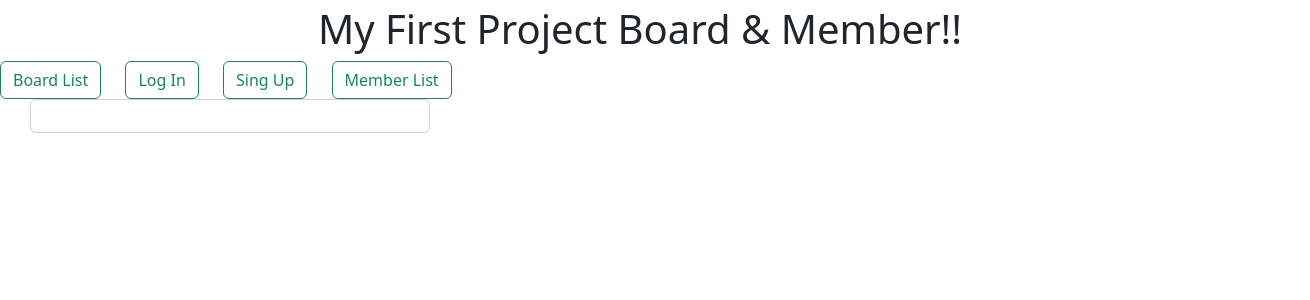
Repository: Raneechoi/java2022_09_03
Page: http://localhost/Project/mem/login_auth
These files come from the project's save history. The page is drawn as it stood at one moment and after the next save; the edit follows.
The browser window is 1280 px wide. The page is 1310 px wide, then 1280 px, so the pictures cover 1310 px, including what lies to the right of the window. The pictures show the whole page.
The page is served by Tomcat 9. Queries for data that is not in the repository find no rows.

Above is the page before, as saved 2022-12-08 06:07:34.

After the next save:
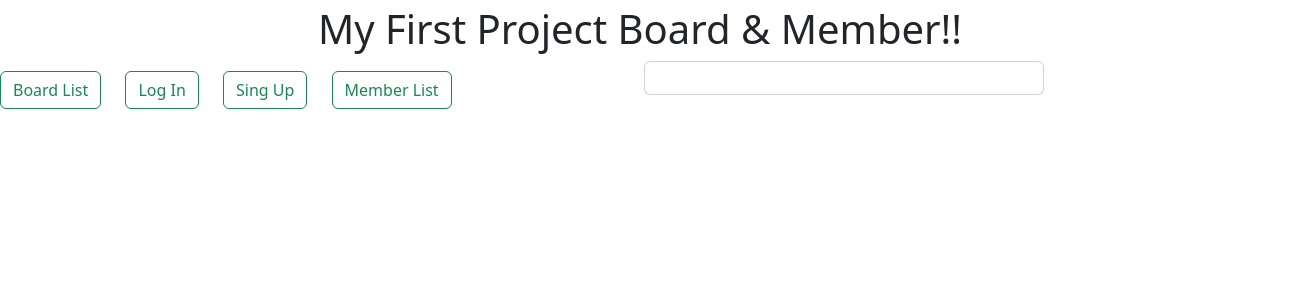
Saved 31 s later.
--- a/JSP_Board&Member/Project/src/main/webapp/index.jsp
+++ b/JSP_Board&Member/Project/src/main/webapp/index.jsp
@@ -23,7 +23,7 @@
 		<a href="/mem/list" ><button class="btn btn-outline-success">Member List</button></a>
 </div>
 
-<div class="card" style="width: 400px; display:inline-flex; margin-left:30px; margin-right: 880px">
+<div class="card" style="width: 400px; display:inline-flex; margin-left:30px; ">
 	 <div class="card-body">
 		<c:if test="${ses.email ne null && ses.email ne '' }">
 			${ses.email } login 하였습니다. <br>
